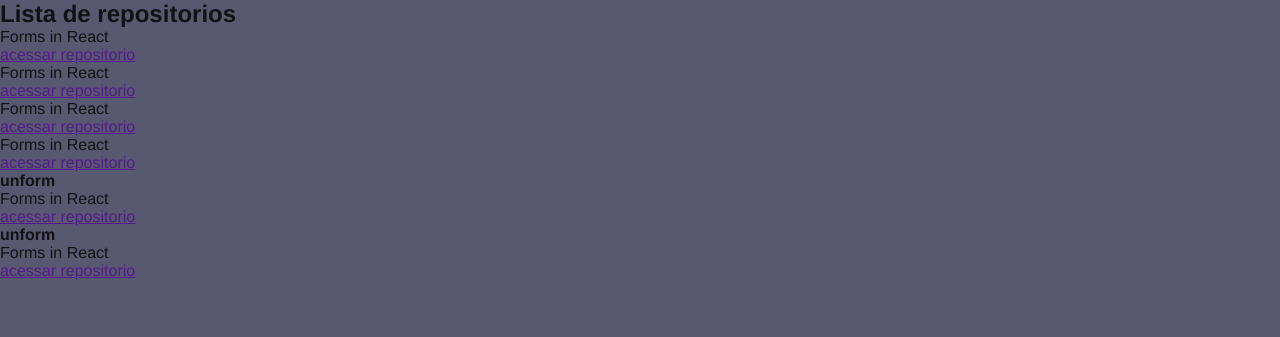
Repository: niltonmalves/01-githug-explorer
Page: /
An editor plug-in stored every save of this project. The page is shown before and after the next save, followed by the edit.
The browser window is 1280 px wide. The pictures show the whole page.
The project was rebuilt for these pictures with package versions that can differ from the ones it lists, and the page was loaded fresh each time. Also part of the build but not shown: webpack.config.js.

Above is the page before, as saved 2022-01-06 14:45:52.

### public/index.html
<!DOCTYPE html>
<html lang="en">
<head>
    <meta charset="UTF-8">
    <meta http-equiv="X-UA-Compatible" content="IE=edge">
    <meta name="viewport" content="width=device-width, initial-scale=1.0">
    <title>Github Explore</title>
</head>
<body>
    <div id="root"></div>

</body>
</html>

### src/index.jsx
import {render} from 'react-dom';
import { App } from './App';

render(<App/>, document.getElementById('root'))

### src/App.jsx
import { RepositoryList } from './components/RepositoryList';
import './styles/global.scss';

export function App(){
    return <RepositoryList></RepositoryList>
}

### src/components/RepositoryList.jsx
import { RepositoryItem } from "./RepositoryItem";

const repositoryName = 'unform2';

export function RepositoryList() {
    return (
        <section className="repository-list">
      <h1>Lista de repositorios</h1>
      <ul>

        <RepositoryItem />
        <RepositoryItem />
        <RepositoryItem />
        <RepositoryItem />
          <li>
              <strong>unform</strong>
              <p>Forms in React</p>
              <a href="">
                  acessar repositorio
              </a>
          </li>
          <li>
              <strong>unform</strong>
              <p>Forms in React</p>
              <a href="">
                  acessar repositorio
              </a>
          </li>
      </ul>
        </section>
    );
}

### src/styles/global.scss
* {
    margin: 0;
    padding: 0;
    box-sizing: border-box;
}

body {
    font: 16px "Helvetica Neue", Arial, sans-serif;
    color: #121214;
    background-color: rgb(88, 88, 112);

}

### src/components/RepositoryItem.jsx
export function RepositoryItem(props){
    return(
        <li>
        <strong>{props.respository}</strong>
        <p>Forms in React</p>
        <a href="">
            acessar repositorio
        </a>
    </li>
    )
}

After the next save:
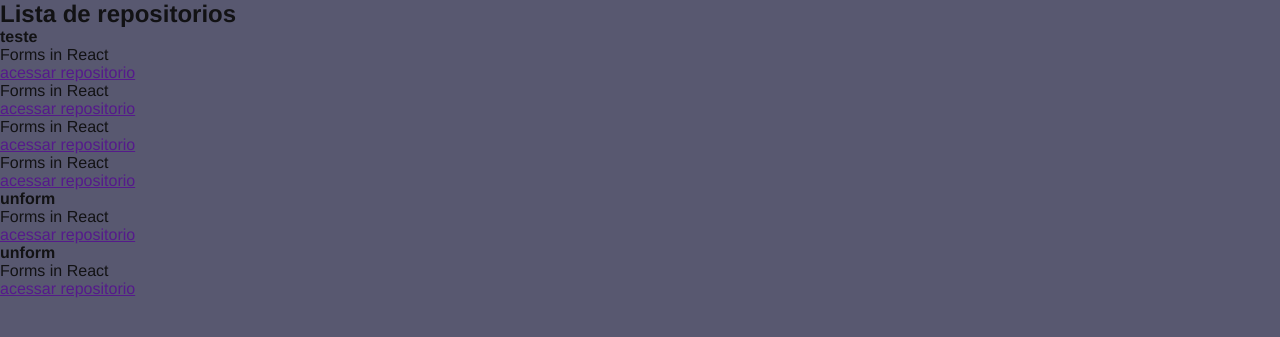
Saved 31 s later.
--- a/src/components/RepositoryList.jsx
+++ b/src/components/RepositoryList.jsx
@@ -8,7 +8,7 @@
       <h1>Lista de repositorios</h1>
       <ul>
 
-        <RepositoryItem />
+        <RepositoryItem respository="teste"/>
         <RepositoryItem />
         <RepositoryItem />
         <RepositoryItem />
